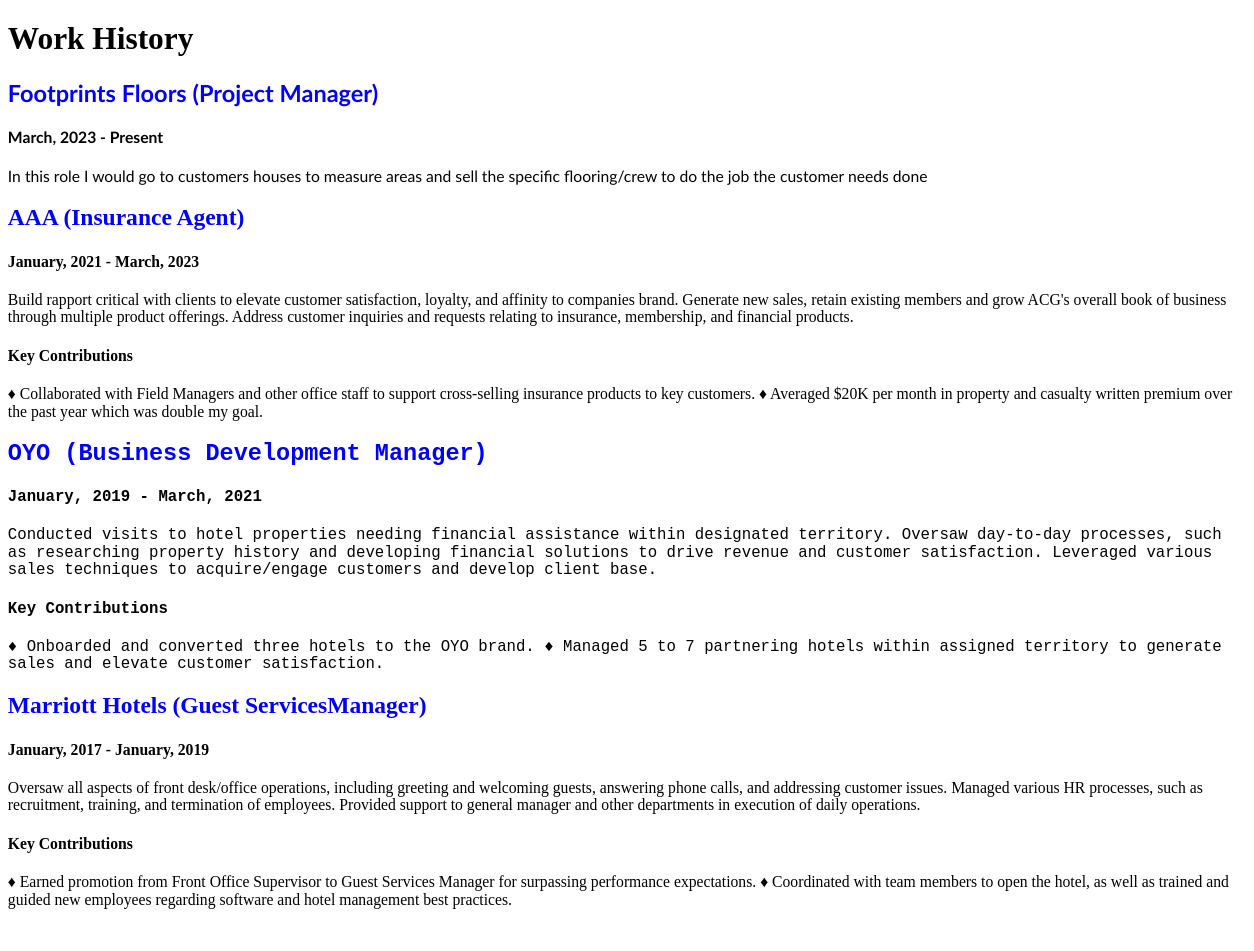
Repository: TEazy2433/LAB-HTML-Resume
Page: index.html
These files come from the project's save history. The page is drawn as it stood at one moment and after the next save; the edit follows.
The browser window is 1280 px wide. The pictures show the whole page, at 98% of full size.

Above is the page before, as saved 2023-10-11 20:14:12.

### index.html
<!DOCTYPE html>
<html lang="en">
<head>
  <meta charset="UTF-8">
  <meta name="viewport" content="width=device-width, initial-scale=1.0">
  <title>Resume</title>
  <link rel="stylesheet" href="main.css">
  </head>
  <body>

  <script src="main.js"></script>
  </body>
  </html><html></html>
    </head>
      <title>Work History</title>
    </head>
    <body>
      <h1>Work History</h1>
      <article id="articleOne">
        <h2>Footprints Floors (Project Manager)</h2>
        <h4>March, 2023 - Present</h4>
        <section>
          <p>In this role I would go to customers houses to measure areas and sell the specific flooring/crew to do the job the customer needs done</p>
        </section>
      </article>

      <article id="articleTwo">
        <h2>AAA (Insurance Agent)</h2>
        <h4>January, 2021 - March, 2023</h4>
        <section>
          <p>Build rapport critical with clients to elevate customer satisfaction, loyalty, and affinity to companies brand. Generate new sales, retain existing members and grow ACG's overall book of business through multiple product offerings. Address customer inquiries and requests relating to insurance, membership, and financial products.</p>

          <h4>Key Contributions</h4>
          <P>♦ Collaborated with Field Managers and other office staff to support cross-selling insurance products to key customers.
            ♦ Averaged $20K per month in property and casualty written premium over the past year which was double my goal.</P>
        </section>
      </article>

      <article id="articleThree">
        <h2>OYO (Business Development Manager)</h2>
        <h4>January, 2019 - March, 2021</h4>
        <section>
          <p>Conducted visits to hotel properties needing financial assistance within designated territory. Oversaw day-to-day processes, such as researching property history and developing financial solutions to drive revenue and customer satisfaction. Leveraged various sales techniques to acquire/engage customers and develop client base.</p>

          <h4>Key Contributions</h4>
          <P>♦ Onboarded and converted three hotels to the OYO brand.
            ♦ Managed 5 to 7 partnering hotels within assigned territory to generate sales and elevate customer satisfaction.</P>
        </section>
      </article>

      <article id="articleFour">
        <h2>Marriott Hotels (Guest ServicesManager)</h2>
        <h4>January, 2017 - January, 2019</h4>
        <section>
          <p>Oversaw all aspects of front desk/office operations, including greeting and welcoming guests, answering phone calls, and addressing customer issues. Managed various HR processes, such as recruitment, training, and termination of employees. Provided support to general manager and other departments in execution of daily operations.</p>

          <h4>Key Contributions</h4>
          <P>♦ Earned promotion from Front Office Supervisor to Guest Services Manager for surpassing performance expectations.
            ♦ Coordinated with team members to open the hotel, as well as trained and guided new employees regarding software
            and hotel management best practices.</P>
        </section>
      </article>


    </body>

### main.css
h2{
  color: blue;
}

#articleOne{
  font-family: 'Gill Sans', 'Gill Sans MT', Calibri, 'Trebuchet MS', sans-serif;
}

#articleTwo{
  font-family: cursive;
}

#articleThree{
  font-family: 'Courier New', Courier, monospace;
}

#articleFour{
  font-family: fantasy;
}

### main.js
console.log("Resume");

After the next save:
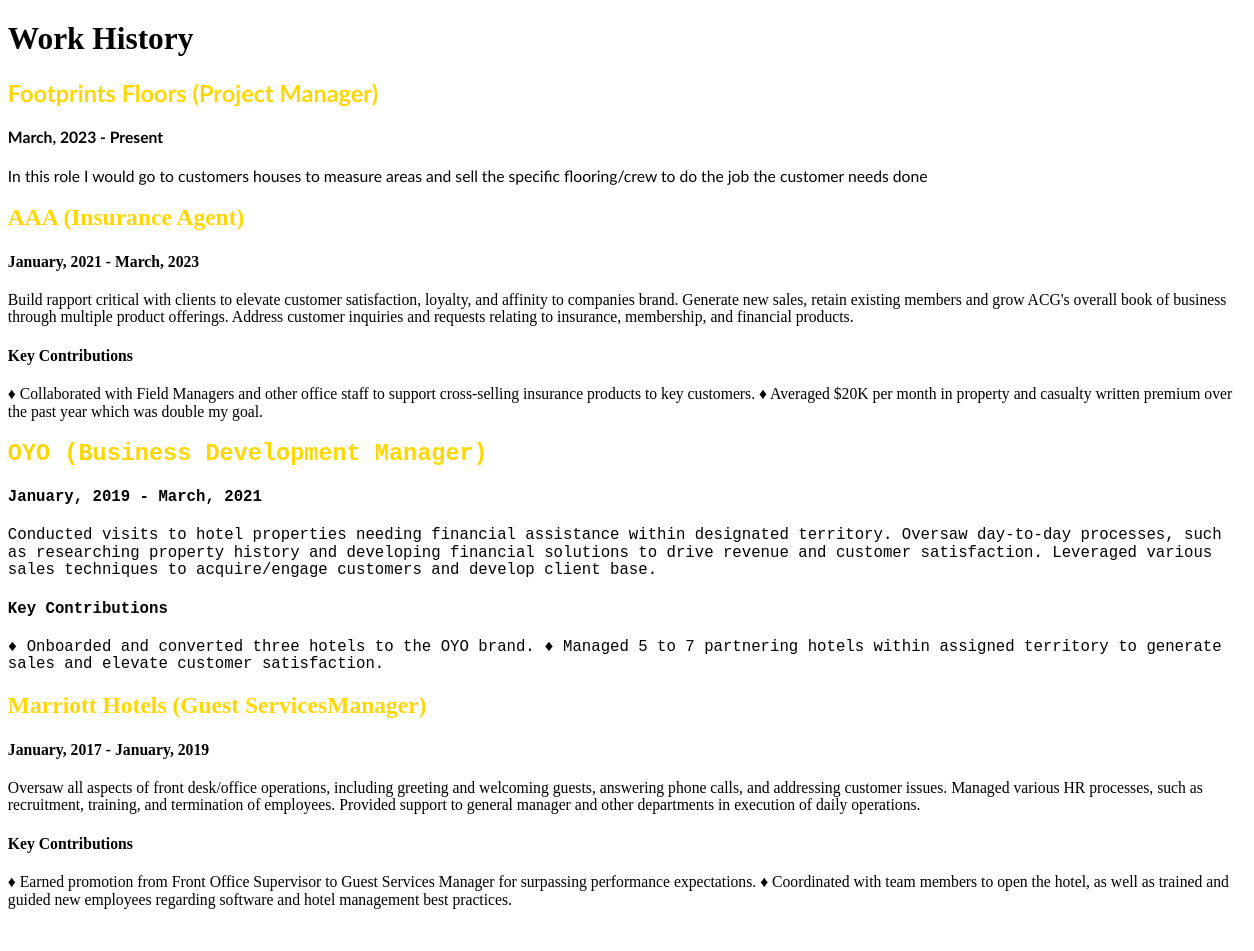
Saved 15 s later.
--- a/main.css
+++ b/main.css
@@ -1,5 +1,5 @@
 h2{
-  color: blue;
+  color: gold;
 }
 
 #articleOne{
